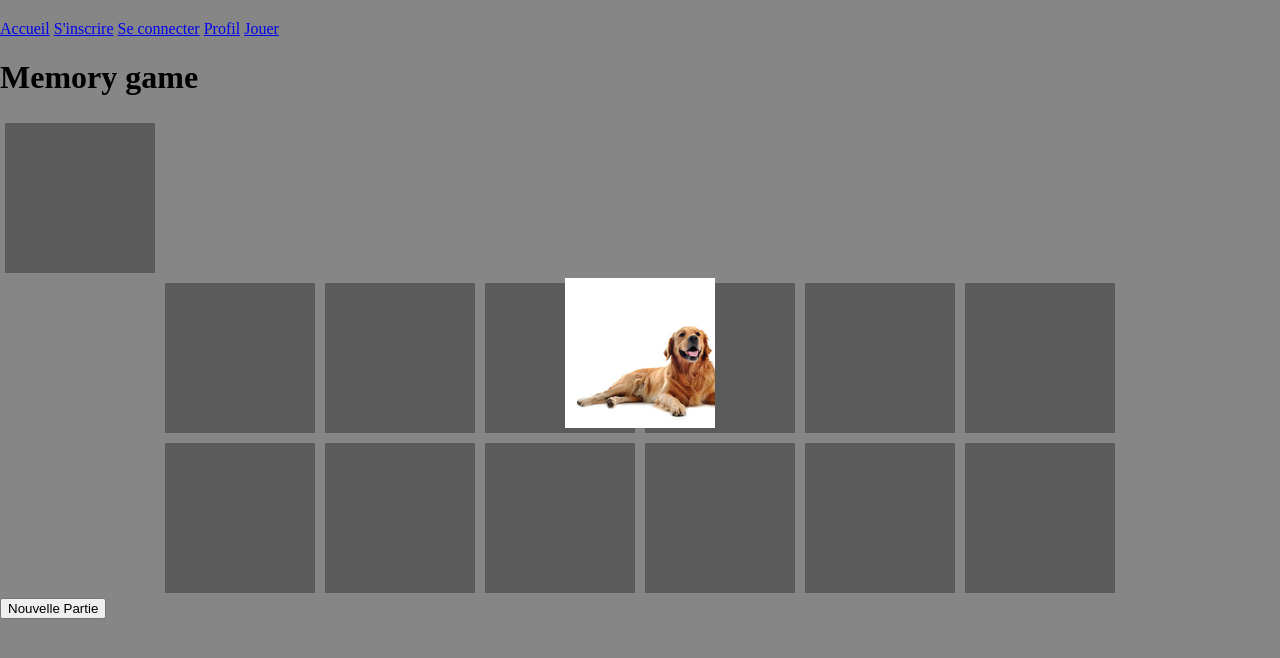
Repository: Ludmilla06/memory-game
Page: game.html
The author's editor kept a copy of each file at every save. The page is drawn from the files as they stood at one save, then again after the next save.
The browser window is 1280 px wide. The pictures show the whole page.

Above is the page before, as saved 2025-10-22 14:49:30.

After the next save:
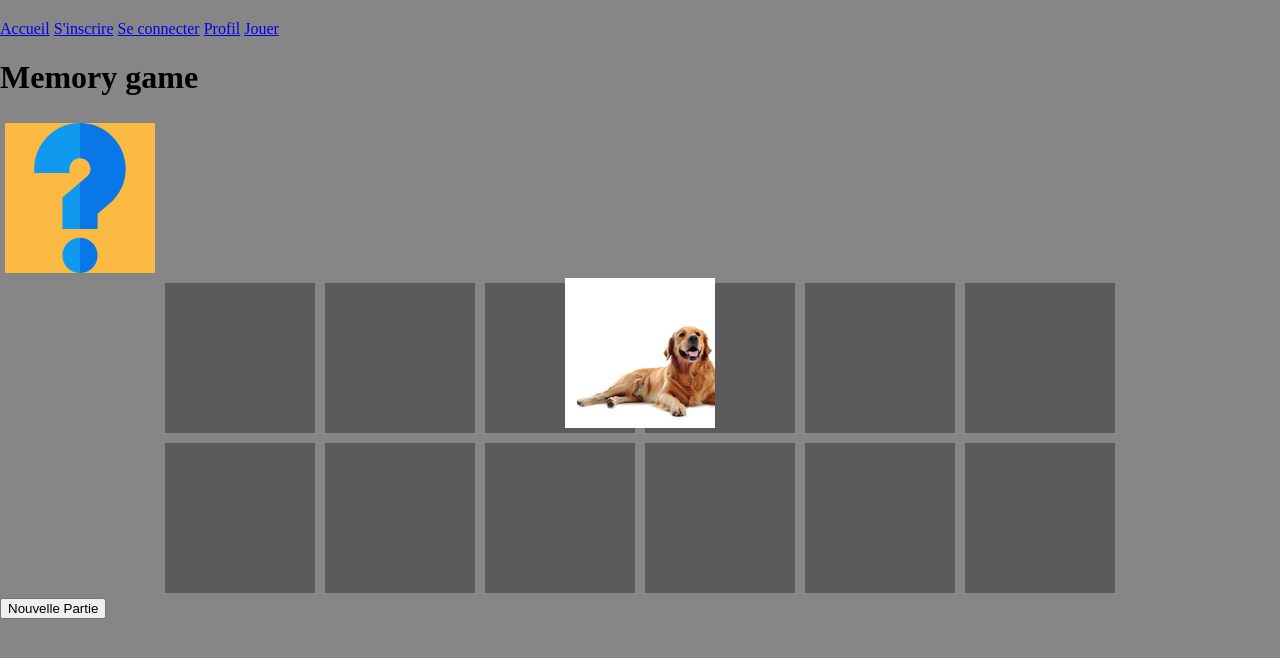
Saved 2 min 16 s later.
--- a/css/game.css
+++ b/css/game.css
@@ -40,6 +40,10 @@ body {
   backface-visibility: hidden;
 }
 
+.front {
+  background: #fab942 url("../assets/question.svg") no-repeat center center / contain;
+}
+
 .selected {
   border: 5px solid blue;
   box-shadow: 0 0 10px blue;
